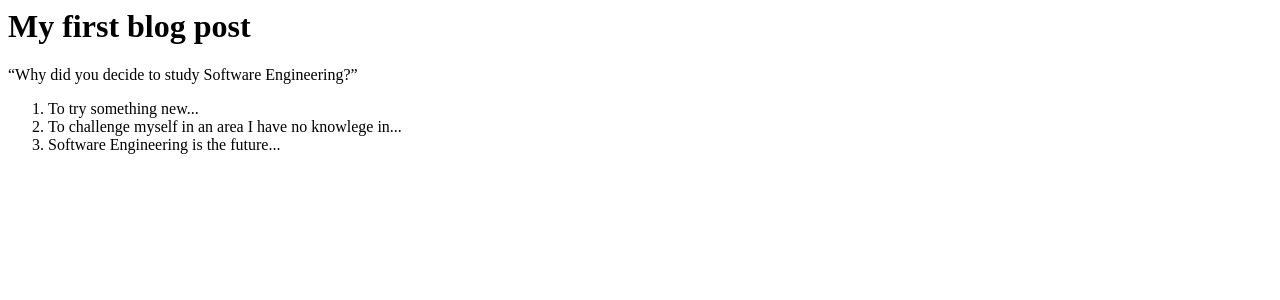
Repository: alicjasapieja/example-repository
Page: My-First-Blog-Post/blog_post.html
An editor plug-in stored every save of this project. The page is shown before and after the next save, followed by the edit.
The browser window is 1280 px wide. The pictures show the whole page.

Above is the page before, as saved 2022-05-11 12:57:47.

After the next save:
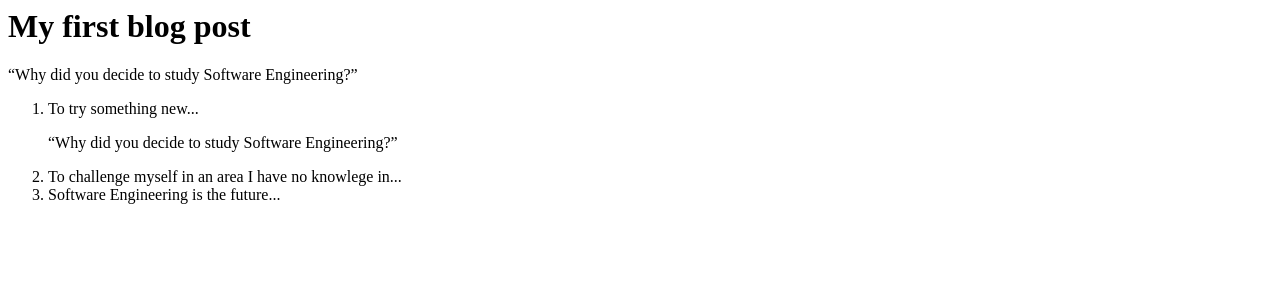
Saved 40 s later.
--- a/My-First-Blog-Post/blog_post.html
+++ b/My-First-Blog-Post/blog_post.html
@@ -4,6 +4,7 @@
 <p>“Why did you decide to study Software Engineering?”</p>
 <ol>
     <li>To try something new...</li>
+    <p>“Why did you decide to study Software Engineering?”</p>
     <li>To challenge myself in an area I have no knowlege in...</li>
     <li>Software Engineering is the future...</li>
     </ol>
